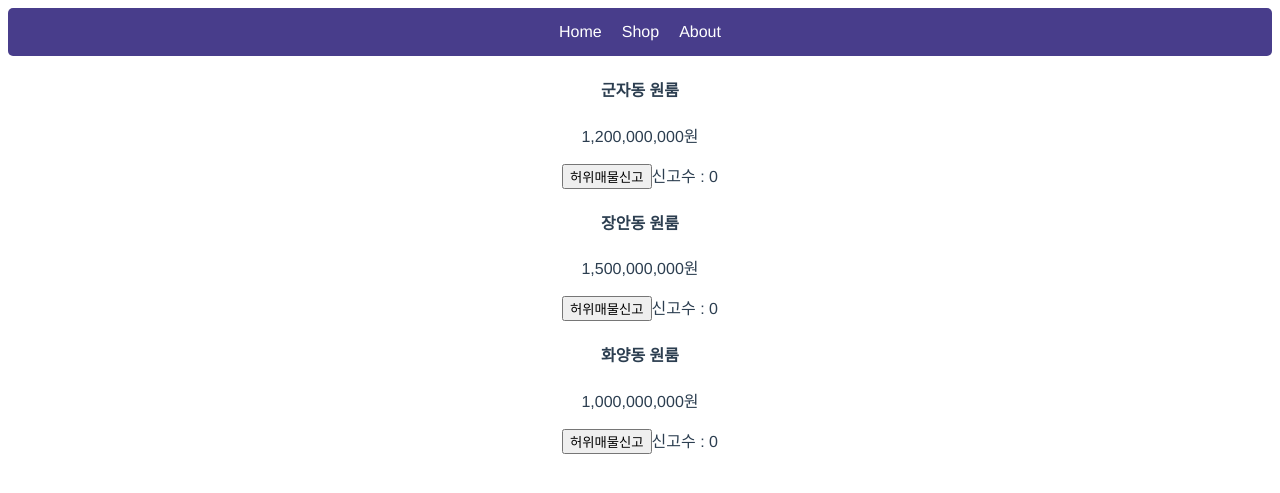
Repository: jy0813/Function
Page: / (app in function/)
The author's editor kept a copy of each file at every save. The page is drawn from the files as they stood at one save, then again after the next save.
The browser window is 1280 px wide. The pictures show the whole page.
The project was rebuilt for these pictures with package versions that can differ from the ones it lists, and the page was loaded fresh each time.

Above is the page before, as saved 2022-02-23 15:53:44.

### function/src/App.vue
<template>
<div class="menu">
  <a v-for="(item, i) in menu" :key="'item' + i">{{item}}</a>
  </div>
  <div class="room_list">
<div class="room" v-for="(item, k) in rooms" :key="'item' + k">
  <h4>{{item.address}}</h4>
  <p>{{numSet(item.price)}}원</p>
  <button @click="reportBtn">허위매물신고</button>
  <span>신고수 : {{item.report}}</span>
</div>
</div>
</template>

<script>


export default {
  name: 'App',
  data() {
    return {
      menu:['Home','Shop','About'],
      rooms:[
        {
          address:'군자동 원룸',
          price:'1200000000',
          report:0,
        },
        {
          address:'장안동 원룸',
          price:'1500000000',
          report:0,
        },
        {
          address:'화양동 원룸',
          price:'1000000000',
          report:0,
        }
      ],
    }
  },
   methods: {
    numSet(val) {
      if (!val) return (val = '');
      return val.toString().replace(/\B(?=(\d{3})+(?!\d))/g, ',');
    },
    reportBtn() {
      this.rooms.find((item) => {
        if(item.report >= 999) return item.report = 999;
        item.report += 1;
      })
    },
   }
}
</script>

<style>
#app {
  font-family: Avenir, Helvetica, Arial, sans-serif;
  -webkit-font-smoothing: antialiased;
  -moz-osx-font-smoothing: grayscale;
  text-align: center;
  color: #2c3e50;
}

.menu {
  background: darkslateblue;
  padding: 15px;
  border-radius: 5px;
}

.menu a {
  color:white;
  padding:10px;
}

.room_list {}


</style>

Loaded but not shown: function/public/index.html (common file); function/src/main.js (common file)

After the next save:
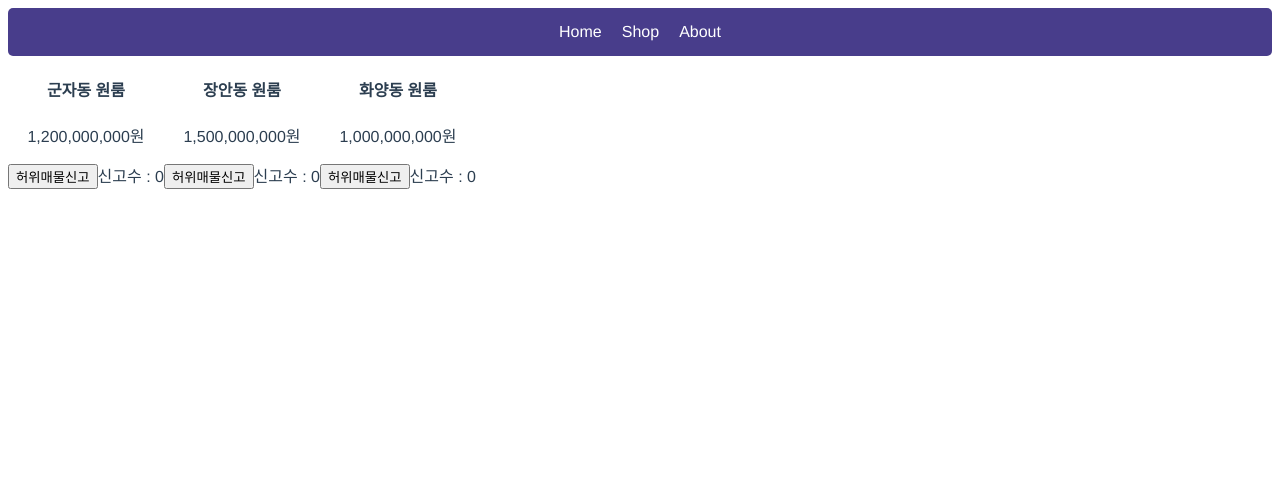
Saved 6 s later.
--- a/function/src/App.vue
+++ b/function/src/App.vue
@@ -74,7 +74,9 @@ export default {
   padding:10px;
 }
 
-.room_list {}
+.room_list {
+  display: flex;
+}
 
 
 </style>
